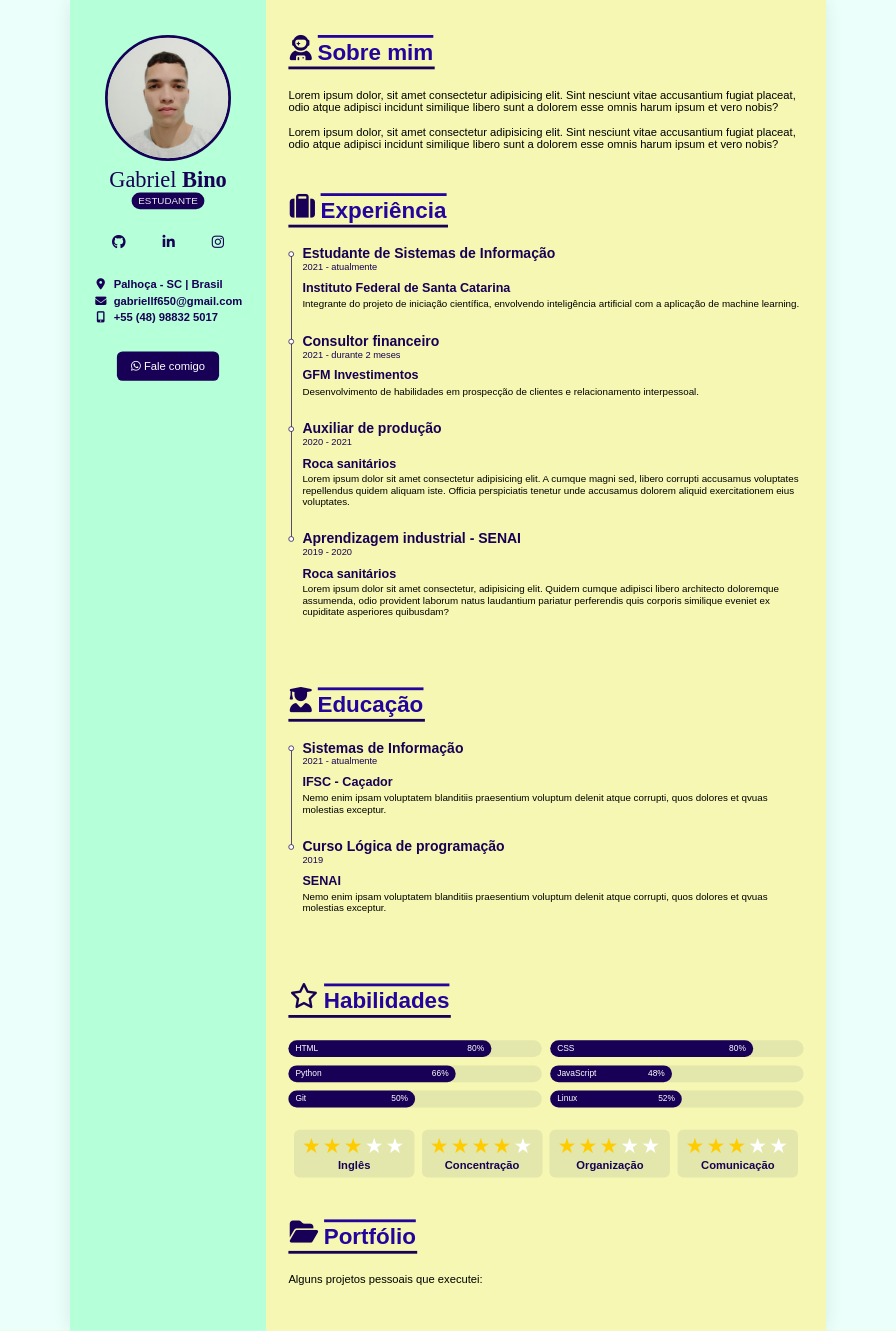
Repository: gabrielbino/projects-dio
Page: curriculoResponsivo/index.html
These files come from the project's save history. The page is drawn as it stood at one moment and after the next save; the edit follows.
The browser window is 1280 px wide. The pictures show the whole page, at 70% of full size.
Some web libraries are served in a nearby version.

Above is the page before, as saved 2021-10-19 11:42:14.

### curriculoResponsivo/index.html
<!DOCTYPE html>
<html lang="pt-br">
  <head>
    <meta charset="UTF-8" />
    <link
      rel="stylesheet"
      href="https://cdnjs.cloudflare.com/ajax/libs/normalize/8.0.1/normalize.min.css"
      integrity="sha512-NhSC1YmyruXifcj/KFRWoC561YpHpc5Jtzgvbuzx5VozKpWvQ+4nXhPdFgmx8xqexRcpAglTj9sIBWINXa8x5w=="
      crossorigin="anonymous"
      referrerpolicy="no-referrer"
    />

    <script
      src="https://kit.fontawesome.com/e258bd240c.js"
      crossorigin="anonymous"
    ></script>

    <link rel="stylesheet" href="./css/style.css" />

    <link rel="shortcut icon" href="img/img.ico" />

    <title>CV do Gabriel</title>
  </head>
  <body>
    <main>
      <aside>
        <div class="sidebar">
          <img
            class="profile-picture"
            src="./img/option_profile.jpeg"
            alt="Gabriel Bino"
          />
          <h1 class="title-name"><span>Gabriel</span> Bino</h1>
          <h3 class="subtitle-role">Estudante</h3>
          <div class="social-links">
            <a href="https://github.com/gabrielbino" target="_blank">
              <i class="fab fa-github"></i>
            </a>
            <a
              href="https://www.linkedin.com/in/gabriel-fernandes-bino-456499195/"
              target="_blank"
            >
              <i class="fab fa-linkedin-in"></i>
            </a>
            <!-- <a href="https://twitter.com/theleoad" target="_blank">
              <i class="fab fa-twitter"></i>
            </a> -->
            <a href="https://www.instagram.com/gabrielfbino/" target="_blank">
              <i class="fab fa-instagram"></i>
            </a>
          </div>
          <ul class="personal-data">
            <li>
              <i class="fas fa-map-marker-alt"></i>
              <span>Palhoça - SC | Brasil</span>
            </li>
            <li>
              <i class="fas fa-envelope"></i>
              <a href="mailto:galbriellf650@gmail.com"
                >gabriellf650@gmail.com</a
              >
            </li>
            <li>
              <i class="fas fa-mobile-alt"></i>
              <a href="tel:+5548988325017">+55 (48) 98832 5017</a>
            </li>
          </ul>
          <a
            class="download-button"
            href="https://wa.me/+5548988325017"
            target="_blank"
          >
            <i class="fab fa-whatsapp"></i>
            <span>Fale comigo</span>
          </a>
        </div>
      </aside>
      <section>
        <article>
          <div class="article-title-wrapper">
            <i class="fas fa-user-astronaut"></i>
            <h2 class="article-title">Sobre mim</h2>
          </div>
          <p>
            Lorem ipsum dolor, sit amet consectetur adipisicing elit. Sint
            nesciunt vitae accusantium fugiat placeat, odio atque adipisci
            incidunt similique libero sunt a dolorem esse omnis harum ipsum et
            vero nobis?
          </p>
          <p>
            Lorem ipsum dolor, sit amet consectetur adipisicing elit. Sint
            nesciunt vitae accusantium fugiat placeat, odio atque adipisci
            incidunt similique libero sunt a dolorem esse omnis harum ipsum et
            vero nobis?
          </p>
        </article>
        <article>
          <div class="article-title-wrapper">
            <i class="fas fa-suitcase"></i>
            <h2 class="article-title">Experiência</h2>
          </div>
          <ul class="timeline">
            <li>
              <h4 class="timeline-title">
                Estudante de Sistemas de Informação
              </h4>
              <h5 class="timeline-time">2021 - atualmente</h5>
              <h6 class="timeline-place">
                Instituto Federal de Santa Catarina
              </h6>
              <p class="timeline-text">
                Integrante do projeto de iniciação científica, envolvendo
                inteligência artificial com a aplicação de machine learning.
              </p>
            </li>
            <li>
              <h4 class="timeline-title">Consultor financeiro</h4>
              <h5 class="timeline-time">2021 - durante 2 meses</h5>
              <h6 class="timeline-place">GFM Investimentos</h6>
              <p class="timeline-text">
                Desenvolvimento de habilidades em prospecção de clientes e
                relacionamento interpessoal.
              </p>
            </li>
            <li>
              <h4 class="timeline-title">Auxiliar de produção</h4>
              <h5 class="timeline-time">2020 - 2021</h5>
              <h6 class="timeline-place">Roca sanitários</h6>
              <p class="timeline-text">
                Lorem ipsum dolor sit amet consectetur adipisicing elit. A
                cumque magni sed, libero corrupti accusamus voluptates
                repellendus quidem aliquam iste. Officia perspiciatis tenetur
                unde accusamus dolorem aliquid exercitationem eius voluptates.
              </p>
            </li>
            <li>
              <h4 class="timeline-title">Aprendizagem industrial - SENAI</h4>
              <h5 class="timeline-time">2019 - 2020</h5>
              <h6 class="timeline-place">Roca sanitários</h6>
              <p class="timeline-text">
                Lorem ipsum dolor sit amet consectetur, adipisicing elit. Quidem
                cumque adipisci libero architecto doloremque assumenda, odio
                provident laborum natus laudantium pariatur perferendis quis
                corporis similique eveniet ex cupiditate asperiores quibusdam?
              </p>
            </li>
          </ul>
        </article>
        <article>
          <div class="article-title-wrapper">
            <i class="fas fa-user-graduate"></i>
            <h2 class="article-title">Educação</h2>
          </div>
          <ul class="timeline">
            <li>
              <h4 class="timeline-title">Sistemas de Informação</h4>
              <h5 class="timeline-time">2021 - atualmente</h5>
              <h6 class="timeline-place">IFSC - Caçador</h6>
              <p class="timeline-text">
                Nemo enim ipsam voluptatem blanditiis praesentium voluptum
                delenit atque corrupti, quos dolores et qvuas molestias
                exceptur.
              </p>
            </li>
            <li>
              <h4 class="timeline-title">Curso Lógica de programação</h4>
              <h5 class="timeline-time">2019</h5>
              <h6 class="timeline-place">SENAI</h6>
              <p class="timeline-text">
                Nemo enim ipsam voluptatem blanditiis praesentium voluptum
                delenit atque corrupti, quos dolores et qvuas molestias
                exceptur.
              </p>
            </li>
          </ul>
        </article>
        <article>
          <div class="article-title-wrapper">
            <i class="far fa-star"></i>
            <h2 class="article-title">Habilidades</h2>
          </div>
          <div class="skills-container">
            <div class="progress">
              <div class="progress-bar" role="progressbar" style="width: 80%">
                <div class="progress-text">
                  <span>HTML</span>
                  <span>80%</span>
                </div>
              </div>
            </div>
            <div class="progress">
              <div class="progress-bar" role="progressbar" style="width: 80%">
                <div class="progress-text">
                  <span>CSS</span>
                  <span>80%</span>
                </div>
              </div>
            </div>
            <div class="progress">
              <div class="progress-bar" role="progressbar" style="width: 66%">
                <div class="progress-text">
                  <span>Python</span>
                  <span>66%</span>
                </div>
              </div>
            </div>
            <div class="progress">
              <div class="progress-bar" role="progressbar" style="width: 48%">
                <div class="progress-text">
                  <span>JavaScript</span>
                  <span>48%</span>
                </div>
              </div>
            </div>
            <div class="progress">
              <div class="progress-bar" role="progressbar" style="width: 50%">
                <div class="progress-text">
                  <span>Git</span>
                  <span>50%</span>
                </div>
              </div>
            </div>
            <div class="progress">
              <div class="progress-bar" role="progressbar" style="width: 52%">
                <div class="progress-text">
                  <span>Linux</span>
                  <span>52%</span>
                </div>
              </div>
            </div>
          </div>
          <div class="soft-skills">
            <div class="soft-skill">
              <div class="soft-skill-rating" style="--rating: 3"></div>
              <h4 class="soft-skill-label">Inglês</h4>
            </div>
            <div class="soft-skill">
              <div class="soft-skill-rating" style="--rating: 4"></div>
              <h4 class="soft-skill-label">Concentração</h4>
            </div>
            <div class="soft-skill">
              <div class="soft-skill-rating" style="--rating: 3"></div>
              <h4 class="soft-skill-label">Organização</h4>
            </div>
            <div class="soft-skill">
              <div class="soft-skill-rating" style="--rating: 3"></div>
              <h4 class="soft-skill-label">Comunicação</h4>
            </div>
          </div>
        </article>
        <article>
          <div class="article-title-wrapper">
            <i class="fas fa-folder-open"></i>
            <h2 class="article-title">Portfólio</h2>
          </div>
          <p>Alguns projetos pessoais que executei:</p>
          <div class="portfolio">
            <a href="#" class="portfolio-item">
              <div></div>
            </a>
            <a href="#" class="portfolio-item">
              <div></div>
            </a>
            <a href="#" class="portfolio-item">
              <div></div>
            </a>
            <a href="#" class="portfolio-item">
              <div></div>
            </a>
          </div>
        </article>
      </section>
    </main>
  </body>
</html>

### curriculoResponsivo/css/style.css
@import url("https://fonts.googleapis.com/css2?family=Poppins&display=swap");

* {
  box-sizing: border-box;
}

img {
  max-width: 100%;
}

body {
  background-color: #ebfffb;
  color: black;
  font-family: "Fira Sans", sans-serif;
}

main {
  background-color: #ebfffb;
  box-shadow: 0 0 1.5rem rgba(53, 53, 53, 0.1);
  display: flex;
  margin: 0 auto;
  max-width: 1080px;
  min-height: 100vh;
  width: 100%;
}

aside {
  background-color: #b5ffd9;
  padding: 50px 0 16px;
  width: 280px;
}

.sidebar {
  align-items: center;
  display: flex;
  flex-direction: column;
  position: sticky;
  top: 16px;
  width: 100%;
}

.profile-picture {
  border-radius: 50%;
  border: solid 4px #170055;
  width: 180px;
}

.title-name {
  color: #170055;
  font-family: "Merriweather", serif;
  font-weight: 700;
  margin: 8px 0 0;
}

.title-name span {
  font-weight: 400;
}

.subtitle-role {
  background: #170055;
  border-radius: 12px;
  color: #e9ebec;
  font-size: 14px;
  font-weight: 400;
  margin: 0;
  padding: 4px 10px;
  text-transform: uppercase;
}

.social-links {
  display: flex;
  font-size: 20px;
  justify-content: space-between;
  margin: 36px 0;
  width: 160px;
}

.social-links a {
  color: #170055;
}

.social-links a:hover {
  color: #8fa0ac;
}

.personal-data {
  list-style-type: none;
  margin: 0;
  padding: 0;
}

.personal-data li {
  color: #170055;
  font-weight: 600;
  line-height: 1.5;
}

.personal-data li a {
  color: inherit;
  text-decoration: none;
}

.personal-data i {
  margin-right: 4px;
  text-align: center;
  width: 20px;
}

.download-button {
  background: #170055;
  border-radius: 8px;
  color: white;
  display: block;
  margin: 36px 0;
  padding: 12px 20px;
  text-decoration: none;
}

section {
  background-color: #f5f7b2;
  padding: 50px 32px 0;
  width: calc(100% - 280px);
}

article:not(:last-of-type) {
  margin-bottom: 60px;
}

.article-title-wrapper {
  align-items: center;
  border-bottom: 4px solid;
  color: #170055;
  display: inline-flex;
  margin-bottom: 12px;
  padding: 0 2px;
}
.article-title-wrapper i {
  font-size: 36px;
  margin: -8px 8px 0 0;
}

.article-title {
  border-top: 4px solid;
  color: #23049d;
  font-size: 32px;
  font-weight: 800;
  margin: 0 0 2px;
  padding-top: 2px;
}

.timeline {
  list-style: none;
  margin: 20px 0;
  padding: 0;
}

.timeline li {
  margin: 0;
  padding: 2px 0 40px 20px;
  position: relative;
}

.timeline li::after {
  background-color: #fff;
  border-radius: 50%;
  border: 1px solid #170055;
  box-sizing: border-box;
  content: "";
  display: inline-block;
  height: 8px;
  left: 0;
  position: absolute;
  top: 2px;
  width: 8px;
}

.timeline li:not(:last-of-type)::before {
  background-color: #170055;
  content: "";
  height: 100%;
  left: 3.5px;
  position: absolute;
  top: calc(0.5em - 4px);
  width: 1px;
}

.timeline-title {
  color: #170055;
  font-size: 20px;
  margin: -8px 0 0;
}

.timeline-time {
  color: #170055;
  font-weight: 400;
  margin: 0;
}

.timeline-place {
  color: #170055;
  font-size: 18px;
  font-weight: 600;
  margin: 12px 0 4px;
}

.timeline-text {
  font-size: 14px;
  margin: 0;
}

.skills-container {
  display: flex;
  flex-wrap: wrap;
  justify-content: space-between;
  margin: 20px 0;
}

.progress {
  background-color: rgba(68, 86, 108, 0.1);
  border-radius: 20px;
  display: flex;
  font-size: 0.75rem;
  height: 1.5rem;
  margin-bottom: 12px;
  width: calc(50% - 6px);
}

.progress-bar {
  align-items: center;
  background-color: #170055;
  border-radius: 20px;
  color: #fff;
  display: flex;
  padding: 0 10px;
}

.progress-text {
  display: flex;
  justify-content: space-between;
  width: 100%;
}

.soft-skills {
  display: flex;
  justify-content: space-between;
  padding: 0 8px;
}

.soft-skill {
  background-color: rgba(68, 86, 108, 0.1);
  border-radius: 8px;
  padding: 8px;
  text-align: center;
  width: calc(25% - 8px);
}

.soft-skill-rating {
  --percent: calc(var(--rating) / 5 * 100%);
  display: inline-block;
  font-family: Times;
  font-size: 30px;
  line-height: 1;
}

.soft-skill-rating::before {
  background-clip: text;
  background: linear-gradient(90deg, #fc0 var(--percent), #fff var(--percent));
  content: "★★★★★";
  letter-spacing: 3px;
  -webkit-background-clip: text;
  -webkit-text-fill-color: transparent;
}

.soft-skill-label {
  color: #170055;
  margin: 4px 0 0;
}

.portfolio {
  display: flex;
  flex-wrap: wrap;
  justify-content: space-between;
}

.portfolio-item {
  margin-bottom: 24px;
  text-decoration: none;
  width: calc(50% - 12px);
}

/* .portfolio-item div {
  margin: 0;
}

.portfolio-item figcaption {
  color: #3c6e71;
  font-weight: 800;
  text-align: center;
} */

@media (max-width: 1024px) {
  .soft-skills {
    flex-wrap: wrap;
  }

  .soft-skill {
    margin: 4px;
    width: calc(50% - 8px);
  }
}

@media (max-width: 768px) {
  main {
    display: block;
  }

  aside,
  section {
    width: 100%;
  }

  section {
    padding: 32px 16px 0;
  }

  .article-title-wrapper {
    display: flex;
    padding: 0;
  }

  .progress,
  .soft-skill,
  .portfolio-item,
  .article-title {
    width: 100%;
  }

  .portfolio-item figure {
    text-align: center;
  }
}

After the next save:
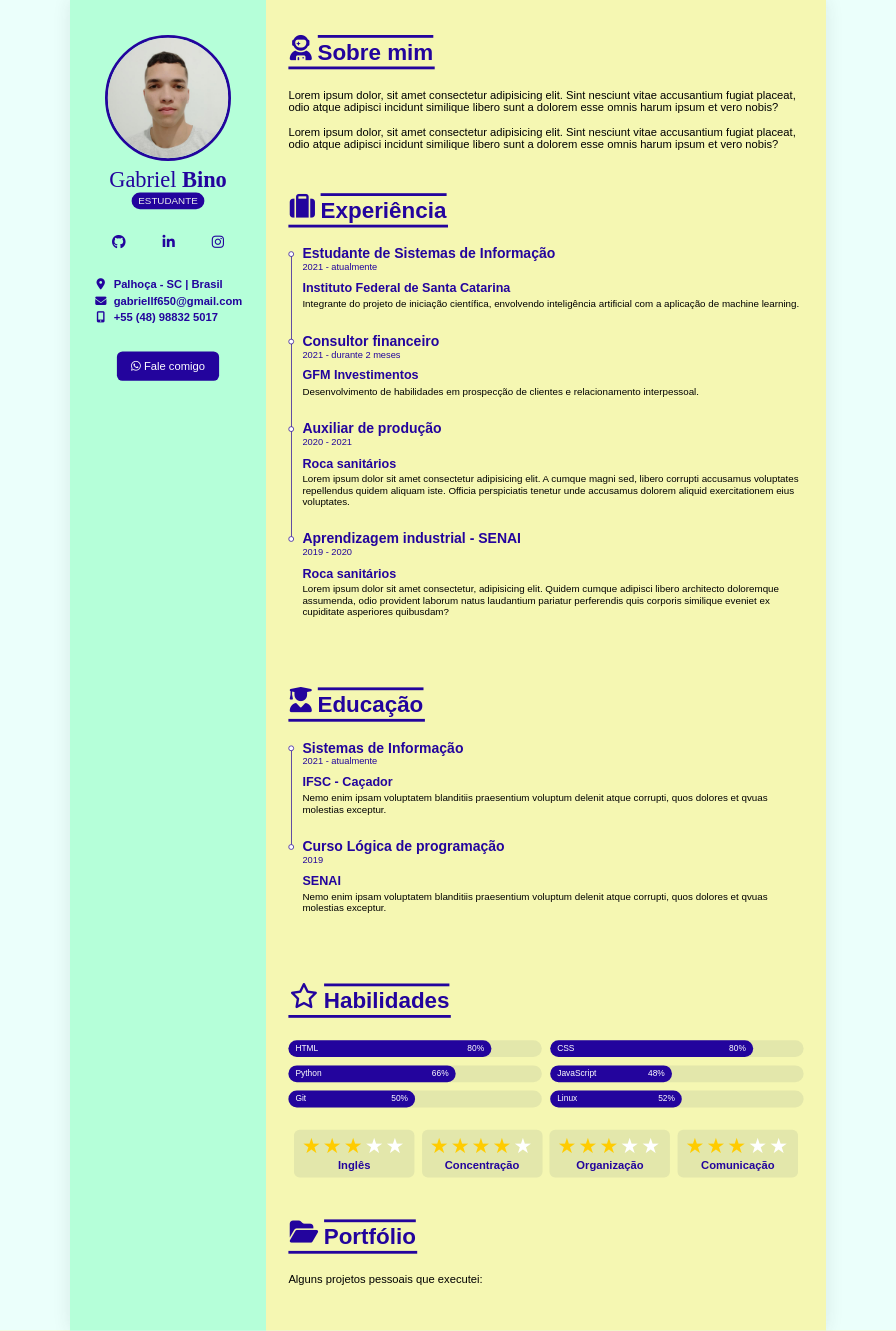
Saved 21 s later.
--- a/curriculoResponsivo/css/style.css
+++ b/curriculoResponsivo/css/style.css
@@ -41,12 +41,12 @@ aside {
 
 .profile-picture {
   border-radius: 50%;
-  border: solid 4px #170055;
+  border: solid 4px #23049d;
   width: 180px;
 }
 
 .title-name {
-  color: #170055;
+  color: #23049d;
   font-family: "Merriweather", serif;
   font-weight: 700;
   margin: 8px 0 0;
@@ -57,7 +57,7 @@ aside {
 }
 
 .subtitle-role {
-  background: #170055;
+  background: #23049d;
   border-radius: 12px;
   color: #e9ebec;
   font-size: 14px;
@@ -76,7 +76,7 @@ aside {
 }
 
 .social-links a {
-  color: #170055;
+  color: #23049d;
 }
 
 .social-links a:hover {
@@ -90,7 +90,7 @@ aside {
 }
 
 .personal-data li {
-  color: #170055;
+  color: #23049d;
   font-weight: 600;
   line-height: 1.5;
 }
@@ -107,7 +107,7 @@ aside {
 }
 
 .download-button {
-  background: #170055;
+  background: #23049d;
   border-radius: 8px;
   color: white;
   display: block;
@@ -129,7 +129,7 @@ article:not(:last-of-type) {
 .article-title-wrapper {
   align-items: center;
   border-bottom: 4px solid;
-  color: #170055;
+  color: #23049d;
   display: inline-flex;
   margin-bottom: 12px;
   padding: 0 2px;
@@ -163,7 +163,7 @@ article:not(:last-of-type) {
 .timeline li::after {
   background-color: #fff;
   border-radius: 50%;
-  border: 1px solid #170055;
+  border: 1px solid #23049d;
   box-sizing: border-box;
   content: "";
   display: inline-block;
@@ -175,7 +175,7 @@ article:not(:last-of-type) {
 }
 
 .timeline li:not(:last-of-type)::before {
-  background-color: #170055;
+  background-color: #23049d;
   content: "";
   height: 100%;
   left: 3.5px;
@@ -185,19 +185,19 @@ article:not(:last-of-type) {
 }
 
 .timeline-title {
-  color: #170055;
+  color: #23049d;
   font-size: 20px;
   margin: -8px 0 0;
 }
 
 .timeline-time {
-  color: #170055;
+  color: #23049d;
   font-weight: 400;
   margin: 0;
 }
 
 .timeline-place {
-  color: #170055;
+  color: #23049d;
   font-size: 18px;
   font-weight: 600;
   margin: 12px 0 4px;
@@ -227,7 +227,7 @@ article:not(:last-of-type) {
 
 .progress-bar {
   align-items: center;
-  background-color: #170055;
+  background-color: #23049d;
   border-radius: 20px;
   color: #fff;
   display: flex;
@@ -272,7 +272,7 @@ article:not(:last-of-type) {
 }
 
 .soft-skill-label {
-  color: #170055;
+  color: #23049d;
   margin: 4px 0 0;
 }
 
